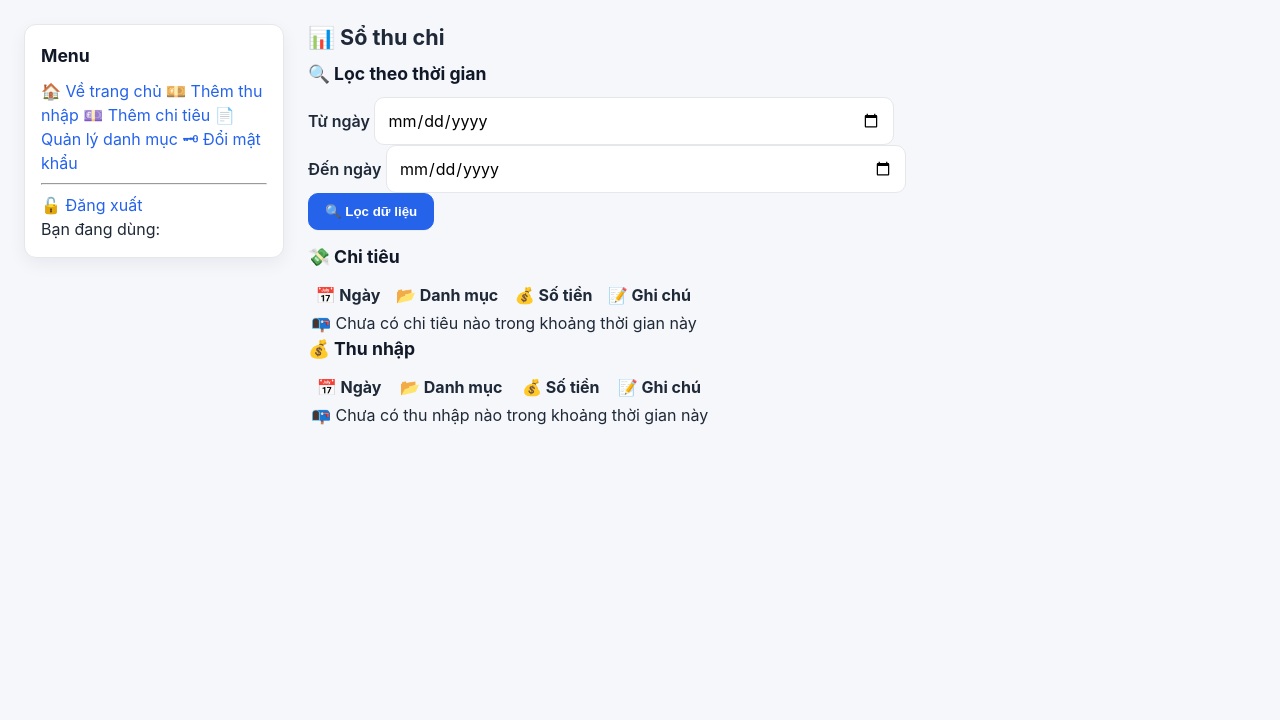
Repository: minhtvpy00202-git/KyThuatPhanMem_PY00202_MinhTV
Page: http://localhost/MiniExpense/WEB-INF/views/home.jsp
The author's editor kept a copy of each file at every save. The page is drawn from the files as they stood at one save, then again after the next save.
The browser window is 1280 px wide. The pictures show the whole page.
The page is served by Tomcat 10. Nobody is signed in. The template is opened directly, without the code that normally fills it, so the values that code supplies are empty.

Above is the page before, as saved 2025-10-17 19:33:12.

After the next save:
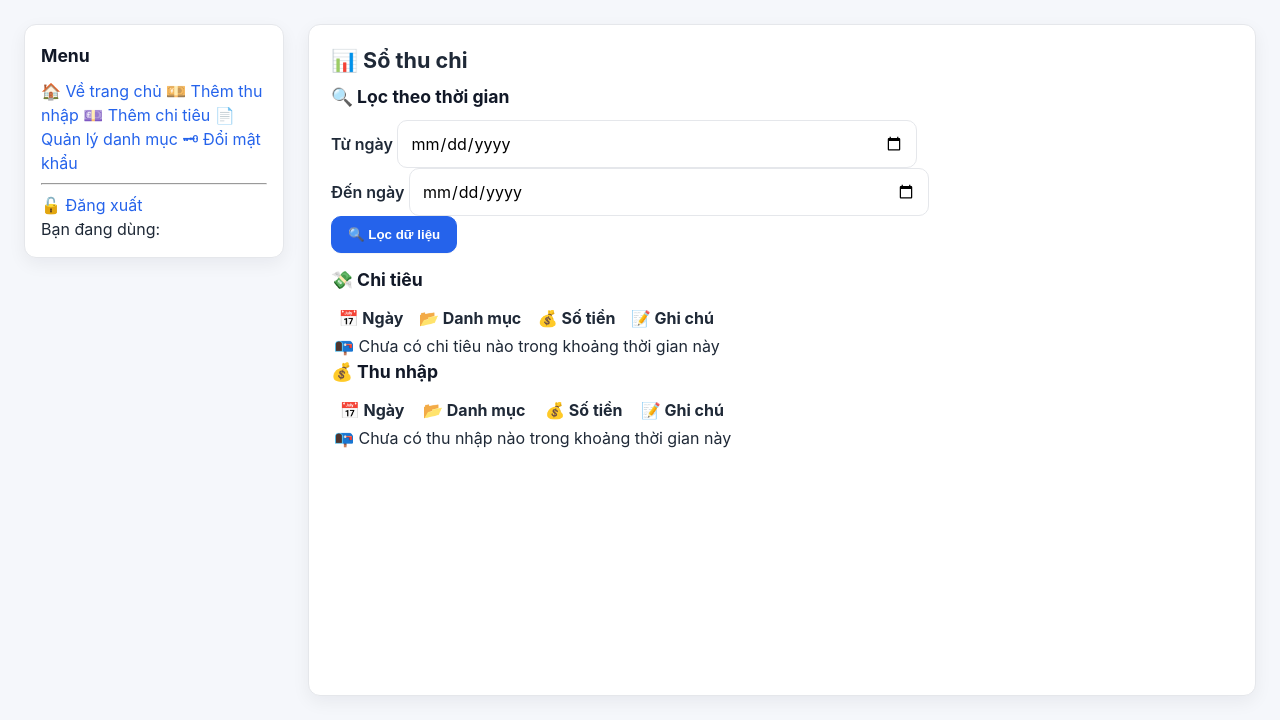
Saved 37 s later.
--- a/Source code/MiniExpense/src/main/webapp/WEB-INF/views/layout.jsp
+++ b/Source code/MiniExpense/src/main/webapp/WEB-INF/views/layout.jsp
@@ -27,10 +27,11 @@
       <a href="${pageContext.request.contextPath}/logout">🔓 Đăng xuất</a>
       <div class="muted">Bạn đang dùng: <c:out value="${sessionScope.user != null ? sessionScope.user.username : ''}"/></div>
     </nav>
-
+<section class="content">
     <main>
       <jsp:include page="${body}"/>
     </main>
+    </section>
   </div>
 </body>
 </html>
